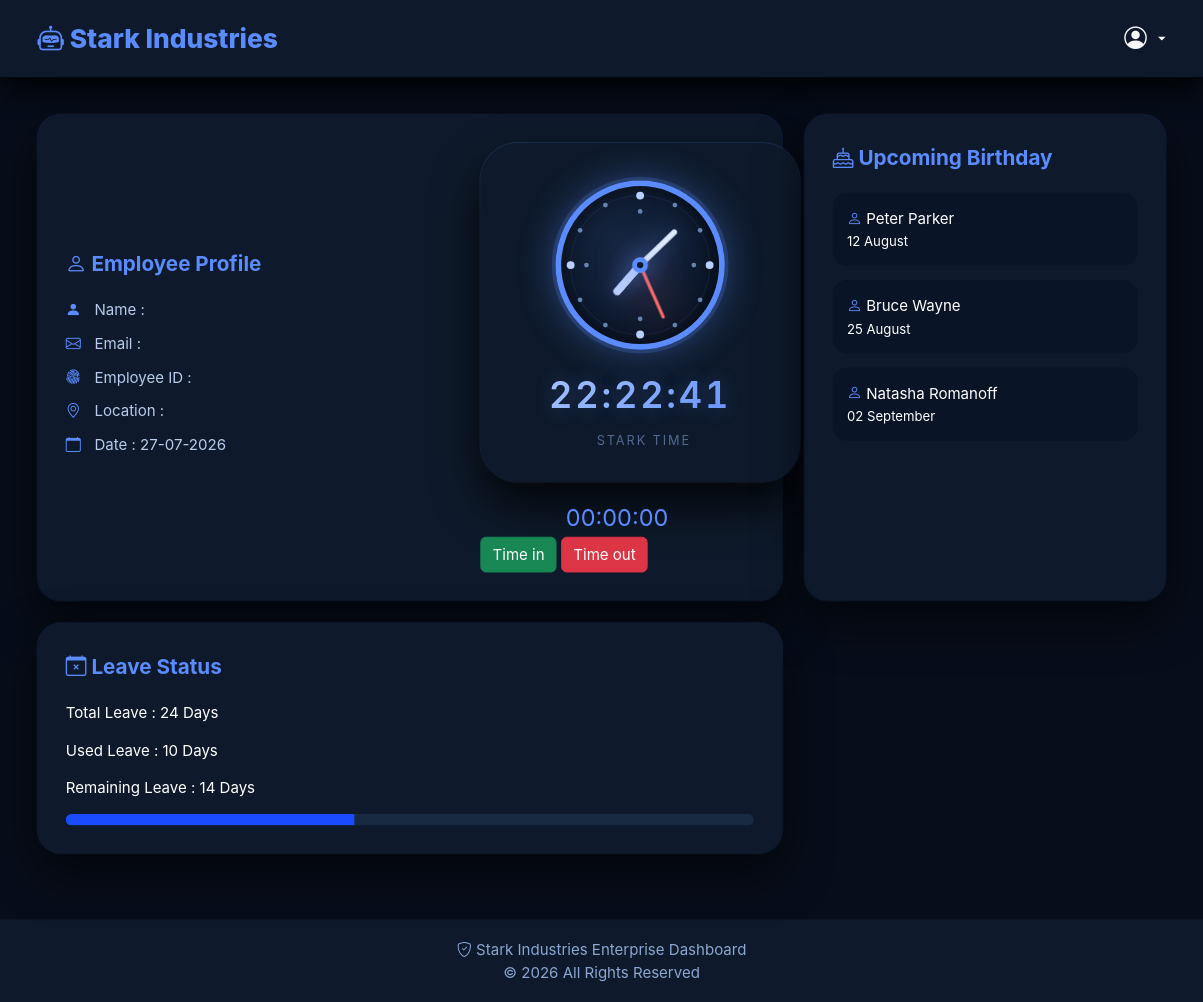
Repository: abhinav050799/office-management-
Page: resources/views/dashboard.blade.php
An editor plug-in stored every save of this project. The page is shown before and after the next save, followed by the edit.
The browser window is 1280 px wide. The pictures show the whole page, at 94% of full size.
The page is served by the project's Laravel application, run on PHP 8.4 with Laravel 12. Other server files are loaded and not shown. The template is opened directly, without the code that normally fills it, so the values that code supplies are empty.

Above is the page before, as saved 2026-07-27 17:13:42.

### routes/web.php
<?php

use Illuminate\Support\Facades\Route;
use App\Http\Controllers\UserController;
Route::get('/', function () {
    return view('welcome');
});

Route::controller(UserController::class)->group(function(){
Route::get('/login', 'loginForm')->name('login');
Route::get('/register', 'registerForm')->name('register');
Route::post('/registeruser', 'register')->name('registeruser');
Route::post('/loginUser', 'login')->name('loginUser');
Route::get('/dashboard','dashboard')->name('dashboard');
Route::post('/logout', 'logout')->name('logout');
Route::get('/profile', 'profile')->name('profile');
Route::post('/profileUpdate', 'profileUpdate')->name('profileUpdate');
});

### resources/views/dashboard.blade.php
@include('layout.header')


    <!-- DASHBOARD -->


    <div class="dashboard">


        <div class="row g-4">


            <!-- LEFT USER BOX -->


            <div class="col-lg-8">


                <div class="card-box">


                    <div class="row align-items-center">


                        <!-- USER DETAILS -->

                        <div class="col-md-7">


                            <div class="title">

                                <i class="bi bi-person"></i>
                                Employee Profile

                            </div>


                            <div class="user-detail">


                                <p>
                                    <i class="bi bi-person-fill"></i>
                                    Name : {{ $data->name }}
                                </p>


                                <p>
                                    <i class="bi bi-envelope"></i>
                                    Email : {{ $data->email }}
                                </p>


                                <p>
                                    <i class="bi bi-fingerprint"></i>
                                    Employee ID : {{ $data->account_id }}
                                </p>


                                <p>
                                    <i class="bi bi-geo-alt"></i>
                                    Location : {{ $data->address }}
                                </p>


                                <p>
                                    <i class="bi bi-calendar"></i>
                                    Date : {{ now()->format('d-m-Y') }}
                                </p>


                            </div>


                        </div>



                        <!-- WATCH -->


                        <div class="col-md-5">


                            <!-- <div class="watch">




                            </div> -->

                            <div class="clock-card">

    <!-- MODERN WATCH FACE (SVG) -->
    <div class="watch" id="watchFace">
      <svg viewBox="0 0 100 100" class="clock-svg" id="clockSvg">
        <!-- HOUR MARKERS (12, 3, 6, 9) -->
        <circle cx="50" cy="50" r="44" fill="none" stroke="rgba(91,140,255,0.08)" stroke-width="1"/>

        <!-- 12 major markers (only 4 are big, rest small) -->
        <g id="markers">
          <!-- will be generated by JS but we can hardcode a few for demo -->
          <circle cx="50" cy="6" r="2.5" class="marker-major"/>
          <circle cx="50" cy="94" r="2.5" class="marker-major"/>
          <circle cx="6" cy="50" r="2.5" class="marker-major"/>
          <circle cx="94" cy="50" r="2.5" class="marker-major"/>

          <!-- minor markers (approx) -->
          <circle cx="50" cy="16" r="1.5" class="marker"/>
          <circle cx="50" cy="84" r="1.5" class="marker"/>
          <circle cx="16" cy="50" r="1.5" class="marker"/>
          <circle cx="84" cy="50" r="1.5" class="marker"/>

          <circle cx="72" cy="12" r="1.5" class="marker"/>
          <circle cx="28" cy="12" r="1.5" class="marker"/>
          <circle cx="72" cy="88" r="1.5" class="marker"/>
          <circle cx="28" cy="88" r="1.5" class="marker"/>

          <circle cx="88" cy="28" r="1.5" class="marker"/>
          <circle cx="88" cy="72" r="1.5" class="marker"/>
          <circle cx="12" cy="28" r="1.5" class="marker"/>
          <circle cx="12" cy="72" r="1.5" class="marker"/>
        </g>

        <!-- HANDS (they rotate around 50,50) -->
        <!-- HOUR hand -->
        <line x1="50" y1="50" x2="50" y2="28" class="hand hour-hand" id="hourHand"/>
        <!-- MINUTE hand -->
        <line x1="50" y1="50" x2="50" y2="20" class="hand minute-hand" id="minuteHand"/>
        <!-- SECOND hand -->
        <line x1="50" y1="50" x2="50" y2="14" class="hand second-hand" id="secondHand"/>

        <!-- center cap -->
        <circle cx="50" cy="50" class="center-dot"/>
        <circle cx="50" cy="50" r="2" fill="#0e1a2b"/> <!-- inner dot for depth -->
      </svg>
    </div>

    <!-- DIGITAL TIME (matches your .time style but upgraded) -->
    <div class="digital-time" id="clock">00:00:00</div>
    <div class="clock-label">
      <i class="fas fa-clock" style="color: #5b8cff; margin-right: 8px;"></i> STARK TIME
    </div>

  </div>


                            <div class="time" id="clock">

                                00:00:00

                            </div>

                            <div class="timeinout">
                                <button class="btn btn-success">Time in</button>
                                <button class="btn btn-danger">Time out </button>
                            </div>


                        </div>


                    </div>


                </div>



            </div>





            <!-- RIGHT BIRTHDAY BOX -->


            <div class="col-lg-4">


                <div class="card-box">


                    <div class="title">

                        <i class="bi bi-cake"></i>

                        Upcoming Birthday

                    </div>



                    <div class="employee">

                        <i class="bi bi-person"></i>

                        Peter Parker

                        <br>

                        <small>

                            12 August

                        </small>

                    </div>



                    <div class="employee">

                        <i class="bi bi-person"></i>

                        Bruce Wayne

                        <br>

                        <small>

                            25 August

                        </small>

                    </div>



                    <div class="employee">

                        <i class="bi bi-person"></i>

                        Natasha Romanoff

                        <br>

                        <small>

                            02 September

                        </small>

                    </div>



                </div>


            </div>




            <!-- LEAVE STATUS -->


            <div class="col-lg-8">


                <div class="card-box">


                    <div class="title">

                        <i class="bi bi-calendar-x"></i>

                        Leave Status

                    </div>


                    <p>
                        Total Leave : 24 Days
                    </p>


                    <p>
                        Used Leave : 10 Days
                    </p>


                    <p>
                        Remaining Leave : 14 Days
                    </p>



                    <div class="progress">

                        <div class="progress-bar" style="width:42%">

                        </div>

                    </div>


                </div>


            </div>





        </div>


    </div>




@include('layout.footer')





    <script>


        function clock() {

            let date = new Date();

            // let time = date.toLocaleTimeString();
  let time = date.toLocaleTimeString('en-IN', {
        hour: '2-digit',
        minute: '2-digit',
        second: '2-digit',
        hour12: true
    });

            document.getElementById("clock").innerHTML = time;


        }


        setInterval(clock, 1000);


        clock();


    </script>


<style>
    /* ─── CARD (exactly like your .watch container) ─── */
    .clock-card {
      background: #0e1a2b;
      border-radius: 40px;
      padding: 40px 30px 35px;
      box-shadow: 0 25px 50px rgba(0, 0, 0, 0.8), 0 0 0 1px rgba(91, 140, 255, 0.2);
      text-align: center;
      width: 340px;
      transition: all 0.2s ease;
    }

    /* ─── MODERN WATCH FACE ─── */
    .watch {
      width: 180px;
      height: 180px;
      margin: 0 auto 20px;
      border-radius: 50%;
      background: radial-gradient(circle at 30% 30%, #14243e, #091426);
      border: 6px solid #5b8cff;
      box-shadow:
        0 0 0 4px rgba(91, 140, 255, 0.2),
        0 0 40px rgba(91, 140, 255, 0.4),
        inset 0 0 30px rgba(0, 0, 0, 0.7);
      display: flex;
      justify-content: center;
      align-items: center;
      position: relative;
      transition: box-shadow 0.3s;
    }

    /* subtle glow on hover */
    .watch:hover {
      box-shadow:
        0 0 0 6px rgba(91, 140, 255, 0.25),
        0 0 60px rgba(91, 140, 255, 0.6),
        inset 0 0 30px rgba(0, 0, 0, 0.7);
    }

    /* ─── CLOCK HANDS (SVG) ─── */
    .clock-svg {
      width: 100%;
      height: 100%;
      transform: rotate(-90deg);   /* 12 o'clock = top */
    }

    /* hands – all start at 12 o'clock */
    .hand {
      stroke-linecap: round;
      transition: transform 0.05s linear;  /* smooth tick */
    }

    .hour-hand {
      stroke: #b8d0ff;
      stroke-width: 5;
      filter: drop-shadow(0 0 6px rgba(91, 140, 255, 0.5));
    }

    .minute-hand {
      stroke: #e0ecff;
      stroke-width: 3.5;
      filter: drop-shadow(0 0 8px rgba(91, 140, 255, 0.6));
    }

    .second-hand {
      stroke: #ff6b6b;
      stroke-width: 2;
      filter: drop-shadow(0 0 12px #ff6b6b);
    }

    /* center dot */
    .center-dot {
      fill: #5b8cff;
      r: 5;
      filter: drop-shadow(0 0 10px #5b8cff);
    }

    /* hour markers (tiny dots) */
    .marker {
      fill: #8aafe6;
      opacity: 0.7;
    }
    .marker-major {
      fill: #b8d0ff;
      opacity: 1;
    }

    /* ─── DIGITAL TIME (below watch) ─── */
    .digital-time {
      font-size: 2.4rem;
      font-weight: 600;
      letter-spacing: 3px;
      background: linear-gradient(135deg, #b8d0ff, #5b8cff);
      -webkit-background-clip: text;
      -webkit-text-fill-color: transparent;
      background-clip: text;
      text-shadow: 0 0 20px rgba(91, 140, 255, 0.3);
      margin-top: 6px;
      font-variant-numeric: tabular-nums;
    }

    /* small date / label */
    .clock-label {
      color: #6d89b8;
      font-size: 0.85rem;
      letter-spacing: 2px;
      text-transform: uppercase;
      margin-top: 8px;
      opacity: 0.7;
    }

    /* ─── RESPONSIVE TWEAK ─── */
    @media (max-width: 480px) {
      .clock-card {
        width: 290px;
        padding: 30px 20px 25px;
      }
      .watch {
        width: 150px;
        height: 150px;
      }
      .digital-time {
        font-size: 2rem;
      }
    }
</style>

<script>
    (function() {
      "use strict";

      // DOM refs
      const hourHand = document.getElementById('hourHand');
      const minuteHand = document.getElementById('minuteHand');
      const secondHand = document.getElementById('secondHand');
      const digitalClock = document.getElementById('clock');

      // ─── CLOCK UPDATE ───
      function updateClock() {
        // Get current time in India timezone (IST)
        const now = new Date();
        // Convert to IST (UTC +5:30)
        const istTime = new Date(now.toLocaleString('en-US', { timeZone: 'Asia/Kolkata' }));

        let hours = istTime.getHours();
        const minutes = istTime.getMinutes();
        const seconds = istTime.getSeconds();

        // 24-hour format (no AM/PM)
        const pad = (n) => String(n).padStart(2, '0');

        // Digital time in 24-hour format
        digitalClock.textContent = `${pad(hours)}:${pad(minutes)}:${pad(seconds)}`;

        // ── SVG hand angles (in degrees) ──
        const secDeg = seconds * 6;
        const minDeg = minutes * 6 + seconds * 0.1;
        const hourDeg = (hours % 12) * 30 + minutes * 0.5;

        // apply rotation
        hourHand.setAttribute('transform', `rotate(${hourDeg}, 50, 50)`);
        minuteHand.setAttribute('transform', `rotate(${minDeg}, 50, 50)`);
        secondHand.setAttribute('transform', `rotate(${secDeg}, 50, 50)`);
      }

      // ─── RUN & SYNC ───
      updateClock();
      setInterval(updateClock, 1000);

      document.addEventListener('visibilitychange', () => {
        if (!document.hidden) updateClock();
      });

    })();
</script>
<script src="https://cdn.jsdelivr.net/npm/bootstrap@5.3.2/dist/js/bootstrap.bundle.min.js"></script>


</body>

</html>

### resources/views/layout/header.blade.php
<!DOCTYPE html>
<html lang="en">

<head>
    <meta charset="UTF-8">
    <meta name="viewport" content="width=device-width, initial-scale=1.0">

    <title>Stark Industries Dashboard</title>

    <link href="https://cdn.jsdelivr.net/npm/bootstrap@5.3.2/dist/css/bootstrap.min.css" rel="stylesheet">

    <link href="https://cdn.jsdelivr.net/npm/bootstrap-icons@1.11.3/font/bootstrap-icons.css" rel="stylesheet">

    <style>
        * {
            margin: 0;
            padding: 0;
            box-sizing: border-box;
        }

        body {
            font-family: 'Inter', sans-serif;
            background: #070d1a;
            color: #fff;
            min-height: 100vh;
        }


        /* HEADER */

        .header {
            background: #0e1a2b;
            padding: 20px 40px;
            box-shadow: 0 10px 30px #000;
        }

        .logo {
            font-size: 28px;
            font-weight: 800;
            color: #5b8cff;
        }

        .header a {
            color: #9bb2d9;
            text-decoration: none;
        }


        /* MAIN */

        .dashboard {
            padding: 40px;
        }


        /* CARDS */

        .card-box {

            background: #0e1a2b;
            border-radius: 25px;
            padding: 30px;

            box-shadow:
                0 20px 50px rgba(0, 0, 0, .6),
                0 0 0 1px rgba(91, 140, 255, .15);

            height: 100%;
        }


        .title {

            color: #5b8cff;
            font-size: 22px;
            font-weight: 700;

            margin-bottom: 20px;

        }


        /* USER */

        .user-detail p {

            color: #b8cbea;
            margin-bottom: 12px;

        }


        .user-detail i {

            color: #5b8cff;
            margin-right: 10px;

        }


        /* WATCH */

        .watch {

            width: 150px;
            height: 150px;

            border-radius: 50%;

            background: #091426;

            border: 8px solid #5b8cff;

            display: flex;
            justify-content: center;
            align-items: center;

            margin: auto;

            font-size: 40px;

            box-shadow:
                0 0 40px rgba(91, 140, 255, .5);

        }


        .time {

            text-align: center;

            margin-top: 20px;

            font-size: 25px;

            color: #5b8cff;

        }


        /* BIRTHDAY */


        .employee {

            background: #091426;

            padding: 15px;

            border-radius: 15px;

            margin-bottom: 15px;

        }


        .employee i {

            color: #5b8cff;

        }



        /* LEAVE */


        .progress {

            height: 12px;

            background: #182942;

        }

        .progress-bar {

            background: #1b4bff;

        }


        /* FOOTER */


        .footer {

            background: #0e1a2b;

            padding: 20px;

            text-align: center;

            color: #8ba6d0;

            margin-top: 30px;

        }


        @media(max-width:768px) {

            .dashboard {
                padding: 20px;
            }

            .header {
                padding: 20px;
            }

        }
        .dropdown-menu{
    background:#0e1a2b;
    border:1px solid rgba(91,140,255,.2);
    border-radius:15px;
    padding:10px;
}

.dropdown-item{
    color:#bdd2f5;
    border-radius:10px;
}

.dropdown-item:hover{
    background:#1b4bff;
    color:white;
}

    </style>

</head>


<body>


    <!-- HEADER -->

    <header class="header">

        <div class="d-flex justify-content-between align-items-center">

            <div class="logo">

                <i class="bi bi-robot"></i>
                Stark Industries

            </div>


            <div class="dropdown">

                <a class="dropdown-toggle text-decoration-none text-light d-flex align-items-center gap-2" href="#"
                    role="button" data-bs-toggle="dropdown" aria-expanded="false">

                    <i class="bi bi-person-circle fs-4"></i>

                    {{ session('username') }}

                </a>


                <ul class="dropdown-menu dropdown-menu-end">

                    <li>
                        <a class="dropdown-item" href="{{ url('profile') }}">
                            <i class="bi bi-gear me-2"></i>
                            Settings
                        </a>
                    </li>


                    <li>
                        <hr class="dropdown-divider">
                    </li>


                    <li>

                        <form method="POST" action="{{ route('logout') }}">

                            @csrf

                            <button type="submit" class="dropdown-item text-danger">

                                <i class="bi bi-box-arrow-right me-2"></i>
                                Logout

                            </button>

                        </form>

                    </li>


                </ul>

            </div>


        </div>

    </header>

### resources/views/layout/footer.blade.php
    <!-- FOOTER -->


    <footer class="footer">


        <i class="bi bi-shield-check"></i>

        Stark Industries Enterprise Dashboard

        <br>

        © 2026 All Rights Reserved


    </footer>

After the next save:
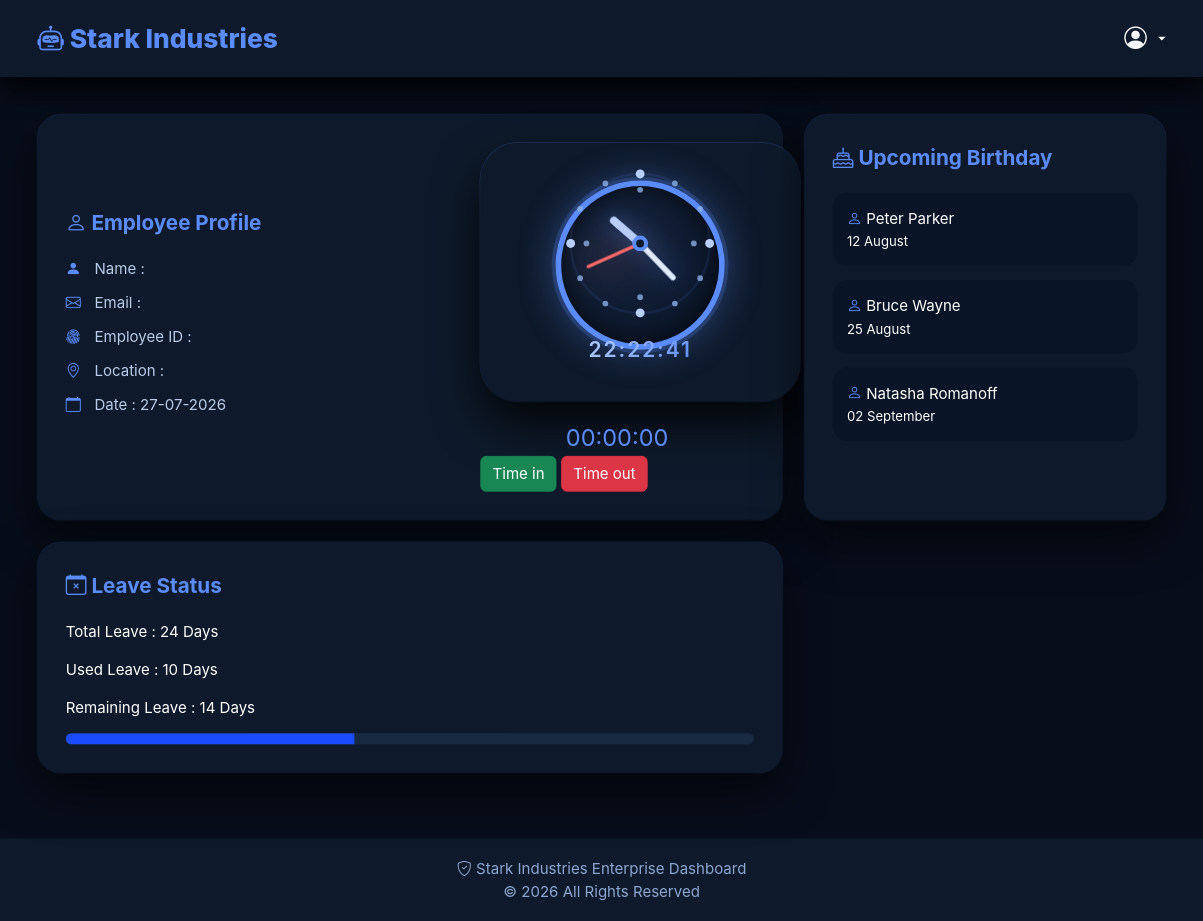
Saved 48 s later.
--- a/resources/views/dashboard.blade.php
+++ b/resources/views/dashboard.blade.php
@@ -91,56 +91,54 @@
                             <div class="clock-card">
 
     <!-- MODERN WATCH FACE (SVG) -->
-    <div class="watch" id="watchFace">
-      <svg viewBox="0 0 100 100" class="clock-svg" id="clockSvg">
-        <!-- HOUR MARKERS (12, 3, 6, 9) -->
-        <circle cx="50" cy="50" r="44" fill="none" stroke="rgba(91,140,255,0.08)" stroke-width="1"/>
-
-        <!-- 12 major markers (only 4 are big, rest small) -->
-        <g id="markers">
-          <!-- will be generated by JS but we can hardcode a few for demo -->
-          <circle cx="50" cy="6" r="2.5" class="marker-major"/>
-          <circle cx="50" cy="94" r="2.5" class="marker-major"/>
-          <circle cx="6" cy="50" r="2.5" class="marker-major"/>
-          <circle cx="94" cy="50" r="2.5" class="marker-major"/>
-
-          <!-- minor markers (approx) -->
-          <circle cx="50" cy="16" r="1.5" class="marker"/>
-          <circle cx="50" cy="84" r="1.5" class="marker"/>
-          <circle cx="16" cy="50" r="1.5" class="marker"/>
-          <circle cx="84" cy="50" r="1.5" class="marker"/>
-
-          <circle cx="72" cy="12" r="1.5" class="marker"/>
-          <circle cx="28" cy="12" r="1.5" class="marker"/>
-          <circle cx="72" cy="88" r="1.5" class="marker"/>
-          <circle cx="28" cy="88" r="1.5" class="marker"/>
-
-          <circle cx="88" cy="28" r="1.5" class="marker"/>
-          <circle cx="88" cy="72" r="1.5" class="marker"/>
-          <circle cx="12" cy="28" r="1.5" class="marker"/>
-          <circle cx="12" cy="72" r="1.5" class="marker"/>
-        </g>
-
-        <!-- HANDS (they rotate around 50,50) -->
-        <!-- HOUR hand -->
-        <line x1="50" y1="50" x2="50" y2="28" class="hand hour-hand" id="hourHand"/>
-        <!-- MINUTE hand -->
-        <line x1="50" y1="50" x2="50" y2="20" class="hand minute-hand" id="minuteHand"/>
-        <!-- SECOND hand -->
-        <line x1="50" y1="50" x2="50" y2="14" class="hand second-hand" id="secondHand"/>
-
-        <!-- center cap -->
-        <circle cx="50" cy="50" class="center-dot"/>
-        <circle cx="50" cy="50" r="2" fill="#0e1a2b"/> <!-- inner dot for depth -->
-      </svg>
+    <div class="watch">
+    <!-- MODERN WATCH FACE (SVG) -->
+    <div style="display: flex; flex-direction: column; align-items: center; width: 100%;">
+
+        <svg viewBox="0 0 100 100" style="width: 100%; max-width: 170px; height: auto;" id="clockSvg">
+            <circle cx="50" cy="50" r="44" fill="none" stroke="rgba(91,140,255,0.1)" stroke-width="1.5"/>
+
+            <!-- MAJOR markers -->
+            <circle cx="50" cy="6" r="2.8" fill="#b8d0ff"/>
+            <circle cx="50" cy="94" r="2.8" fill="#b8d0ff"/>
+            <circle cx="6" cy="50" r="2.8" fill="#b8d0ff"/>
+            <circle cx="94" cy="50" r="2.8" fill="#b8d0ff"/>
+
+            <!-- MINOR markers -->
+            <circle cx="50" cy="16" r="1.8" fill="#8aafe6" opacity="0.8"/>
+            <circle cx="50" cy="84" r="1.8" fill="#8aafe6" opacity="0.8"/>
+            <circle cx="16" cy="50" r="1.8" fill="#8aafe6" opacity="0.8"/>
+            <circle cx="84" cy="50" r="1.8" fill="#8aafe6" opacity="0.8"/>
+            <circle cx="72" cy="12" r="1.8" fill="#8aafe6" opacity="0.8"/>
+            <circle cx="28" cy="12" r="1.8" fill="#8aafe6" opacity="0.8"/>
+            <circle cx="72" cy="88" r="1.8" fill="#8aafe6" opacity="0.8"/>
+            <circle cx="28" cy="88" r="1.8" fill="#8aafe6" opacity="0.8"/>
+            <circle cx="88" cy="28" r="1.8" fill="#8aafe6" opacity="0.8"/>
+            <circle cx="88" cy="72" r="1.8" fill="#8aafe6" opacity="0.8"/>
+            <circle cx="12" cy="28" r="1.8" fill="#8aafe6" opacity="0.8"/>
+            <circle cx="12" cy="72" r="1.8" fill="#8aafe6" opacity="0.8"/>
+
+            <!-- HANDS -->
+            <line x1="50" y1="50" x2="50" y2="28" class="hand hour-hand" id="hourHand"
+                  stroke="#b8d0ff" stroke-width="4.5" stroke-linecap="round"/>
+            <line x1="50" y1="50" x2="50" y2="20" class="hand minute-hand" id="minuteHand"
+                  stroke="#e0ecff" stroke-width="3" stroke-linecap="round"/>
+            <line x1="50" y1="50" x2="50" y2="14" class="hand second-hand" id="secondHand"
+                  stroke="#ff6b6b" stroke-width="2" stroke-linecap="round"/>
+
+            <!-- center dot -->
+            <circle cx="50" cy="50" r="5" fill="#5b8cff"/>
+            <circle cx="50" cy="50" r="2.5" fill="#0e1a2b"/>
+        </svg>
+
+        <!-- DIGITAL TIME in 24-hour format -->
+        <div class="time" id="clock" style="margin-top: 12px; font-size: 1.4rem; font-weight: 600; letter-spacing: 2px;
+             background: linear-gradient(135deg, #b8d0ff, #5b8cff); -webkit-background-clip: text;
+             -webkit-text-fill-color: transparent; background-clip: text;">
+            00:00:00
+        </div>
     </div>
-
-    <!-- DIGITAL TIME (matches your .time style but upgraded) -->
-    <div class="digital-time" id="clock">00:00:00</div>
-    <div class="clock-label">
-      <i class="fas fa-clock" style="color: #5b8cff; margin-right: 8px;"></i> STARK TIME
-    </div>
-
+</div>
   </div>
 
 
